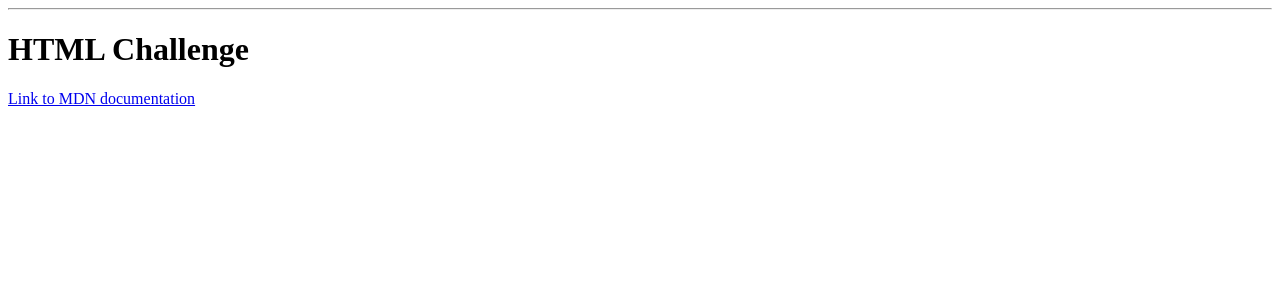
Repository: ew-code/Web-Development
Page: HTML - Personal Site/index copy.html
The author's editor kept a copy of each file at every save. The page is drawn from the files as they stood at one save, then again after a run of saves.
The browser window is 1280 px wide. The pictures show the whole page.

Above is the page before, as saved 2021-01-05 18:17:24.

After the next 3 saves:
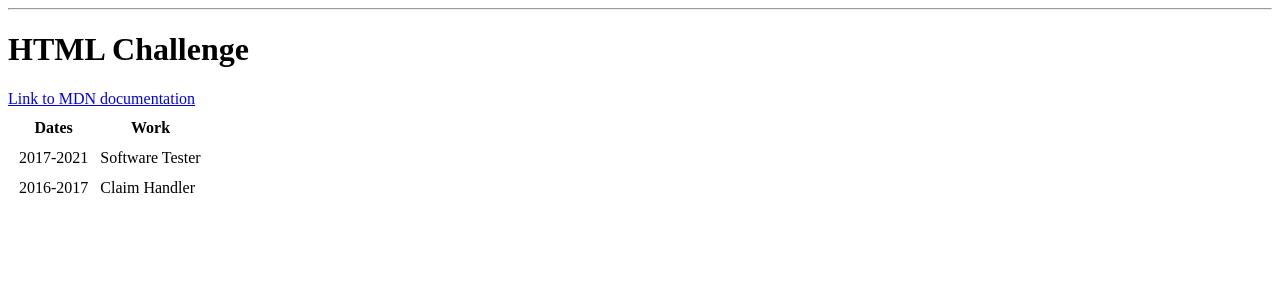
The 3 saves are shown as one change because they came seconds apart.
The last was saved 10 s later.
--- a/HTML - Personal Site/index copy.html
+++ b/HTML - Personal Site/index copy.html
@@ -11,6 +11,28 @@
   <h1><strong> HTML Challenge</strong></h1>
 
   <a href="https://developer.mozilla.org/en-US/docs/Web/HTML">Link to MDN documentation</a>
+
+  <table cellspacing="10">
+  <thead>
+    <tr>
+      <th>Dates</th>
+      <th>Work</th>
+    </tr>
+  </thead>
+  <tbody>
+    <tr>
+      <td>2017-2021</td>
+      <td>Software Tester</td>
+    </tr>
+  </tbody>
+  <tbody>
+    <tr>
+      <td>2016-2017</td>
+      <td>Claim Handler</td>
+    </tr>
+  </tbody>
+</table>
+
 </body>
 
 </html>
